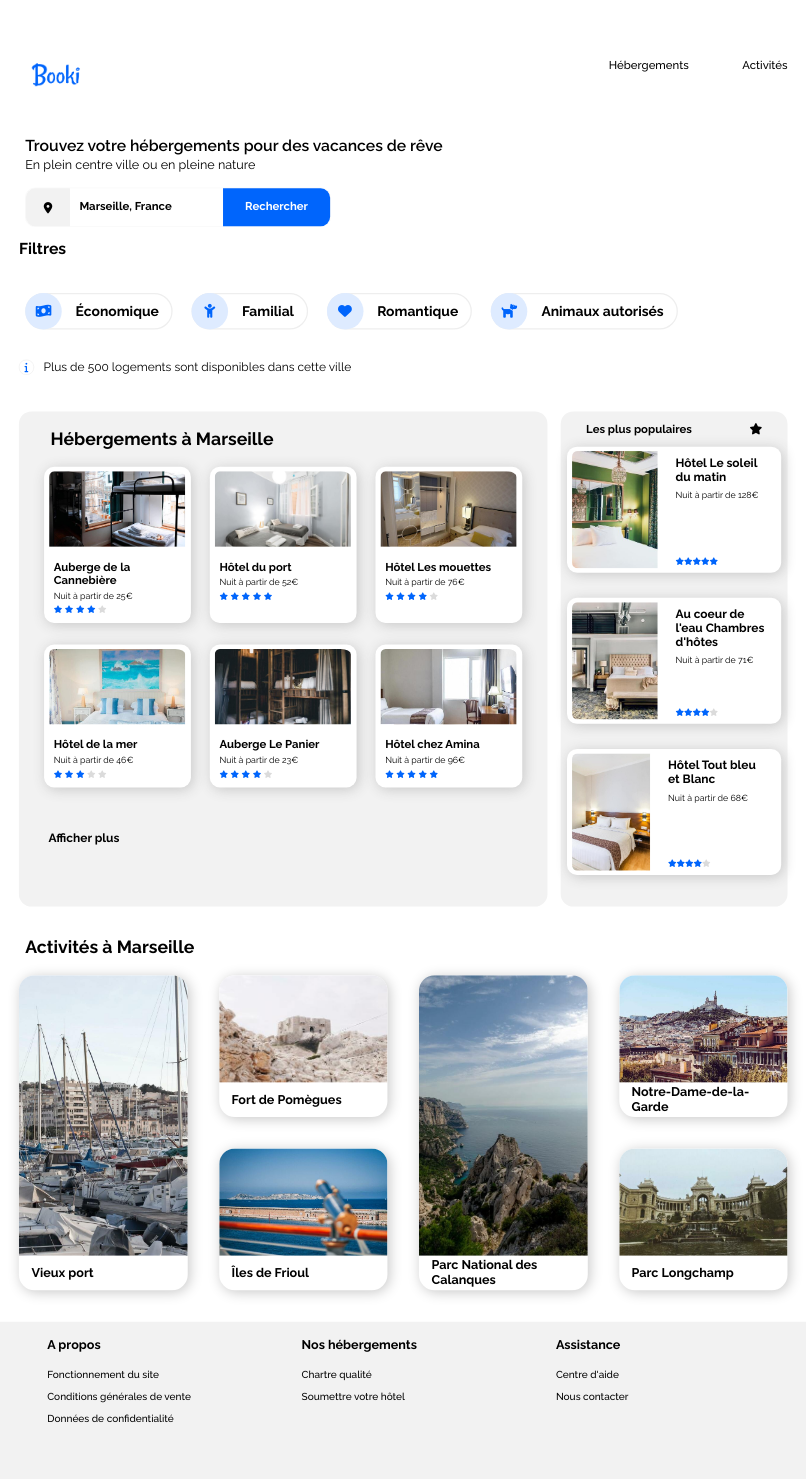
Repository: leandroBarbosaFR/booki
Page: index.html
These files come from the project's save history. The page is drawn as it stood at one moment and after a run of saves; the edit follows.
The browser window is 1280 px wide. The pictures show the whole page, at 63% of full size.

Above is the page before, as saved 2022-07-22 15:58:59.

After the next 2 saves:
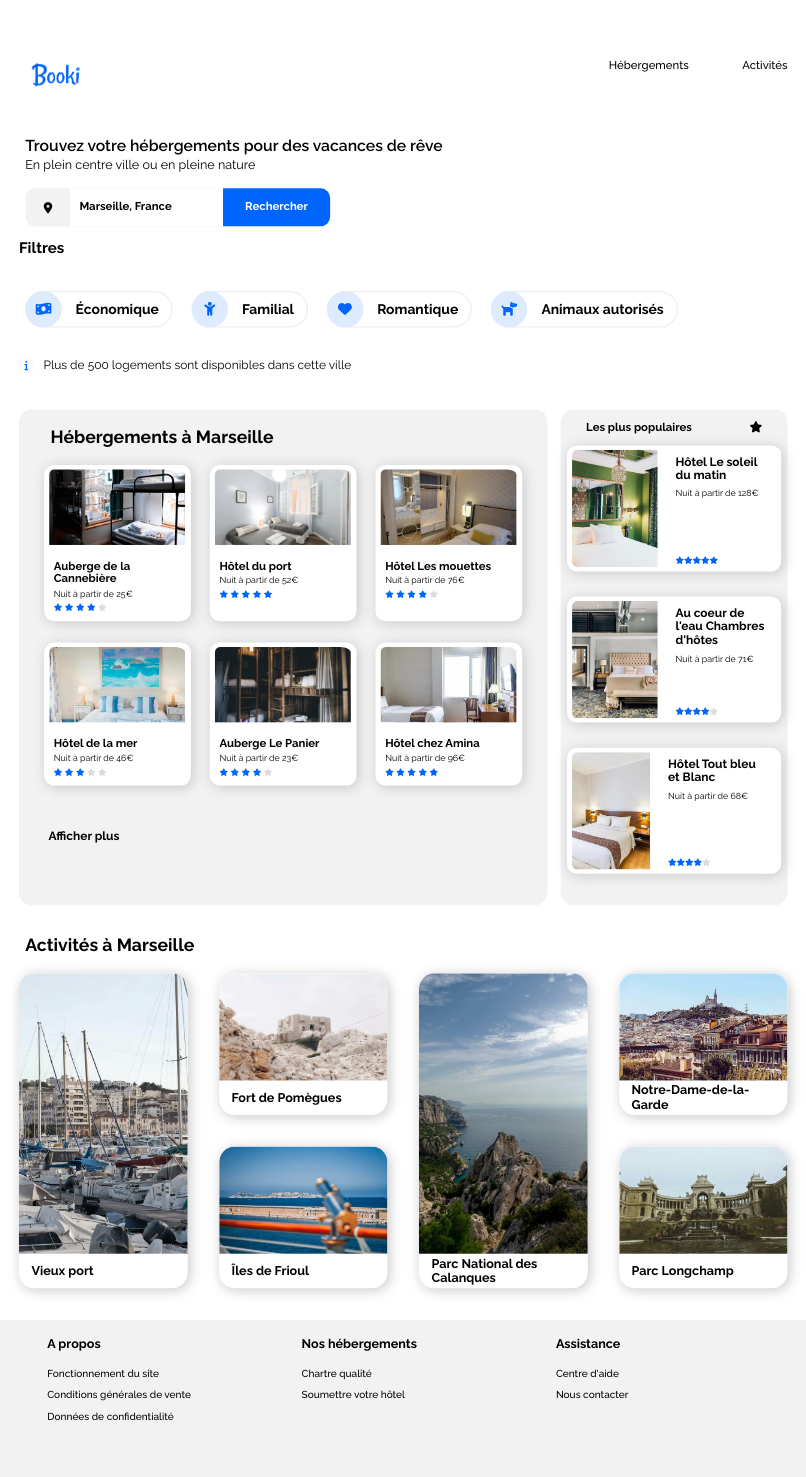
The 2 saves are shown as one change because they came seconds apart.
The last was saved 16 s later.
--- a/index.html
+++ b/index.html
@@ -45,7 +45,7 @@
             <i class="fa-solid fa-magnifying-glass"></i>
         </form>
         <!-- Filtres -->
-        <h2 class="h2">Filtres</h2>
+        <h2 class="h2-filtres">Filtres</h2>
 
         <section class="filtres">
 
